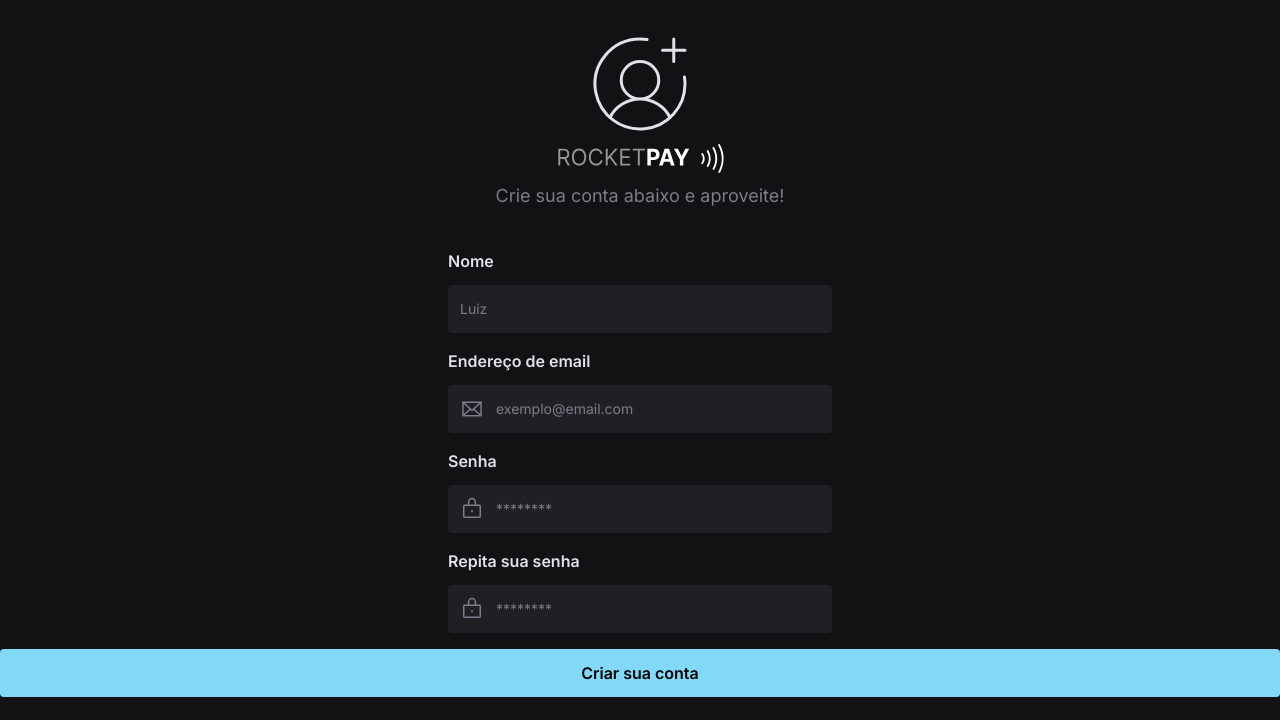
Repository: LuizAGDomingues/CreditCard-with-login
Page: /createLogin
The author's editor kept a copy of each file at every save. The page is drawn from the files as they stood at one save, then again after the next save.
The browser window is 1280 px wide. The pictures show the whole page.
The project was rebuilt for these pictures with package versions that can differ from the ones it lists, and the page was loaded fresh each time. Also part of the build but not shown: vite.config.ts, src/components/Checkbox.tsx, src/components/LogoSignIn.tsx, src/pages/SignIn.tsx.

Above is the page before, as saved 2022-10-25 16:14:56.

### index.html
<!DOCTYPE html>
<html lang="en">
  <head>
    <meta charset="UTF-8" />
    <link rel="preconnect" href="https://fonts.googleapis.com" />
    <link rel="preconnect" href="https://fonts.gstatic.com" crossorigin />
    <link rel="icon" type="image/svg+xml" href="/vite.svg" />
    <meta name="viewport" content="width=device-width, initial-scale=1.0" />
    <link href="https://fonts.googleapis.com/css2?family=Inter:wght@400;600;700&display=swap" rel="stylesheet" />

    <title>RocketPay</title>
  </head>
  <body>
    <div id="root"></div>
    <script type="module" src="/src/main.tsx"></script>
  </body>
</html>

### src/App.tsx
import { BrowserRouter } from 'react-router-dom';
import './styles/global.css';
import { Routes } from './services/Routes';

export function App() {

  return (
    <BrowserRouter>
      <Routes />
    </BrowserRouter>
  )
}

### src/services/Routes.tsx
import React from 'react'
import { Routes as Switch, Route } from 'react-router-dom'
import { CreateLogin } from '../pages/CreateLogin'
import { SignIn } from '../pages/SignIn'

export function Routes() {
  return (
    <Switch>
      <Route path="/" element={<SignIn/>} />
      <Route path="/createLogin" element={<CreateLogin/>} />
    </Switch>
  )
}

### src/pages/CreateLogin.tsx
import { FormEvent, useState } from 'react';
import { useNavigate } from "react-router-dom";
import * as Dialog from '@radix-ui/react-dialog';
import { Envelope, Lock } from 'phosphor-react';
import { Heading } from '../components/Heading';
import { LogoCreateLogin } from '../components/LogoCreateLogin';
import { Text } from '../components/Text';
import { TextInput } from '../components/TextInput';
import { Button } from '../components/Button';
import { validateForm } from '../services/validationFunctions';

export function CreateLogin() {
  const history = useNavigate();
  const [accountName, setAccountName] = useState('');
  const [email, setEmail] = useState('');
  const [password, setPassword] = useState('');
  const [confirmPassword, setConfirmPassword] = useState('');

  function handleCreateLogin(event: FormEvent){
    event.preventDefault();
    // history("/");
  }

  return (
    <div className='w-screen h-screen bg-gray-900 flex flex-col items-center justify-center text-gray-100'>
      <LogoCreateLogin />
      <header className='flex flex-col items-center'>
        <Heading />
        <Text size='lg' className='text-gray-400 mt-2'>Crie sua conta abaixo e aproveite!</Text>
      </header>
      <form onSubmit={handleCreateLogin} className='flex flex-col items-stretch w-full gap-4 max-w-sm mt-10'>
        <label htmlFor="text" className='flex flex-col gap-3'>
          <Text className='font-semibold'>Nome</Text>
          <TextInput.Root>
            <TextInput.Input type='text' id='name' placeholder='Luiz' onChange={(e) => setAccountName(e.target.value)}/>
          </TextInput.Root>
        </label>
        <label htmlFor="email" className='flex flex-col gap-3'>
          <Text className='font-semibold'>Endereço de email</Text>
          <TextInput.Root>
            <TextInput.Icon>
              <Envelope />
            </TextInput.Icon>
            <TextInput.Input type='email' id='email' placeholder='exemplo@email.com' onChange={(e) => setEmail(e.target.value)}/>
          </TextInput.Root>
        </label>
        <label htmlFor="password" className='flex flex-col gap-3'>
          <Text className='font-semibold'>Senha</Text>
          <TextInput.Root>
            <TextInput.Icon>
              <Lock />
            </TextInput.Icon>
            <TextInput.Input type='password' id='password' placeholder='********' onChange={(e) => setPassword(e.target.value)}/>
          </TextInput.Root>
        </label>
        <label htmlFor="password" className='flex flex-col gap-3'>
          <Text className='font-semibold'>Repita sua senha</Text>
          <TextInput.Root>
            <TextInput.Icon>
              <Lock />
            </TextInput.Icon>
            <TextInput.Input type='password' id='confirmPassword' placeholder='********' onChange={(e) => setConfirmPassword(e.target.value)}/>
          </TextInput.Root>
        </label>
      </form>
      <Dialog.Root>
        <Dialog.Trigger asChild className='mt-4'>
          <Button type='submit'>Criar sua conta</Button>
        </Dialog.Trigger>
        <Dialog.Portal>
          <Dialog.Overlay>
            <Dialog.Content className='bg-gray-800 w-[420px] h-[300px] rounded shadow absolute top-1/2 left-1/2 -translate-x-1/2 -translate-y-1/2'>
              <Dialog.Title>Conta criada com sucesso!</Dialog.Title>
              <Dialog.Description>Seja bem vindo {accountName}</Dialog.Description>
              <Dialog.Close>
                <button>OK!</button>
              </Dialog.Close>
            </Dialog.Content>
          </Dialog.Overlay>
        </Dialog.Portal>
      </Dialog.Root>
    </div>
  )
}

### src/components/Heading.tsx
import { SVGAttributes } from 'react';

interface HeadingProps extends React.SVGAttributes<HTMLOrSVGElement>{}

export function Heading(props: HeadingProps) {
  return (
    <svg
      width={170}
      height={30}
      viewBox="0 0 170 30"
      fill="none"
      xmlns="http://www.w3.org/2000/svg"
      {...props}
    >
      <path
        d="M3.282 21.429V4.805h5.479c1.267 0 2.306.222 3.12.666.812.438 1.414 1.041 1.804 1.81.391.768.586 1.642.586 2.622 0 .979-.195 1.848-.586 2.605-.39.758-.99 1.353-1.797 1.786-.807.427-1.84.641-3.095.641H4.359v-1.818h4.37c.866 0 1.563-.13 2.09-.39.533-.26.919-.627 1.156-1.104.243-.481.364-1.055.364-1.72 0-.666-.12-1.248-.364-1.746-.242-.497-.63-.882-1.164-1.152-.533-.276-1.237-.414-2.113-.414H5.246v14.838H3.282zm7.632-7.468l3.99 7.468h-2.28L8.698 13.96h2.216zm20.31-.844c0 1.753-.309 3.268-.926 4.545-.618 1.277-1.465 2.262-2.542 2.955-1.076.692-2.306 1.039-3.689 1.039s-2.613-.347-3.69-1.04c-1.076-.692-1.923-1.677-2.54-2.954-.619-1.277-.927-2.792-.927-4.545 0-1.753.308-3.269.926-4.546.618-1.277 1.465-2.262 2.541-2.954 1.077-.693 2.307-1.04 3.69-1.04s2.613.347 3.69 1.04c1.076.692 1.923 1.677 2.54 2.954.618 1.277.927 2.793.927 4.546zm-1.9 0c0-1.44-.235-2.654-.705-3.645-.464-.99-1.095-1.74-1.892-2.248-.791-.509-1.678-.763-2.66-.763-.982 0-1.871.254-2.668.763-.792.509-1.423 1.258-1.893 2.248-.464.99-.696 2.205-.696 3.645s.232 2.654.697 3.644c.47.99 1.1 1.74 1.892 2.249a4.857 4.857 0 002.668.763c.982 0 1.869-.255 2.66-.763.797-.509 1.428-1.258 1.892-2.249.47-.99.705-2.205.705-3.644zM47.574 10H45.61A4.245 4.245 0 0045 8.474a4.115 4.115 0 00-1.045-1.104 4.393 4.393 0 00-1.354-.682 5.283 5.283 0 00-1.551-.227c-.982 0-1.871.254-2.669.763-.791.509-1.422 1.258-1.892 2.248-.464.99-.697 2.205-.697 3.645s.233 2.654.697 3.644c.47.99 1.1 1.74 1.892 2.249a4.857 4.857 0 002.669.763c.538 0 1.055-.076 1.551-.228a4.496 4.496 0 001.354-.673A4.23 4.23 0 0045 17.76c.29-.444.494-.953.61-1.526h1.963a6.816 6.816 0 01-.807 2.28 6.193 6.193 0 01-1.457 1.713c-.58.466-1.232.82-1.956 1.064a7.128 7.128 0 01-2.303.365c-1.383 0-2.613-.347-3.69-1.04-1.077-.692-1.924-1.677-2.541-2.954-.618-1.277-.927-2.792-.927-4.545 0-1.753.31-3.269.927-4.546.617-1.277 1.464-2.262 2.541-2.954 1.077-.693 2.307-1.04 3.69-1.04.818 0 1.586.123 2.303.366a6.24 6.24 0 011.956 1.072 6.079 6.079 0 011.457 1.704c.39.666.66 1.426.807 2.281zm3.172 11.429V4.805h1.964v8.247h.19l7.284-8.247h2.565l-6.809 7.5 6.809 9.124h-2.375L54.736 13.7 52.71 16.04v5.39h-1.964zm14.544 0V4.805h9.786v1.786h-7.822v5.617h7.315v1.785h-7.315v5.65h7.949v1.786H65.29zM77.728 6.59V4.805H89.89v1.786h-5.098v14.838h-1.964V6.59h-5.099z"
        fill="#959595"
      />
      <path
        d="M92.365 21.429V4.805h6.398c1.23 0 2.277.241 3.143.723a4.834 4.834 0 011.979 1.988c.459.844.689 1.818.689 2.922s-.232 2.078-.697 2.922a4.853 4.853 0 01-2.019 1.973c-.876.47-1.937.706-3.183.706h-4.077v-2.817h3.523c.66 0 1.204-.116 1.631-.349.433-.238.755-.565.966-.982.217-.422.325-.906.325-1.453 0-.552-.108-1.033-.325-1.445a2.193 2.193 0 00-.966-.965c-.432-.233-.981-.35-1.646-.35h-2.312v13.75h-3.428zm15.358 0h-3.674l5.598-16.624h4.418l5.589 16.624h-3.673l-4.062-12.825h-.127l-4.069 12.825zm-.23-6.535h8.678v2.744h-8.678v-2.744zm11.508-10.089h3.84l3.697 7.16h.159l3.697-7.16h3.84l-5.914 10.747v5.877h-3.405v-5.877l-5.914-10.747z"
        fill="#fff"
      />
      <path
        fillRule="evenodd"
        clipRule="evenodd"
        d="M147.913 19.802l-.005.007-.004.006c-.248.36-.804.466-1.239.151-.348-.251-.452-.813-.156-1.256a6.357 6.357 0 00.974-1.913c.219-.687.321-1.468.318-2.234-.004-.765-.114-1.545-.341-2.23a6.334 6.334 0 00-.994-1.902c-.301-.44-.202-1.002.144-1.258.43-.32.988-.22 1.238.138l.006.006.004.007c.558.753 1.015 1.59 1.288 2.412.288.966.471 1.901.476 2.818.005.964-.085 1.876-.43 2.775-.376.978-.74 1.728-1.279 2.473zm4.031 1.79l.01-.016.011-.016a13.454 13.454 0 001.934-7.03 13.44 13.44 0 00-2.007-7.006c-.271-.443-.15-.966.31-1.306.308-.228.886-.147 1.229.324a15.501 15.501 0 012.289 7.978 15.252 15.252 0 01-2.206 8.003c-.323.456-.818.583-1.243.325-.462-.347-.546-.938-.327-1.256zm7.232-18.082l.012.025.014.024c1.922 3.211 2.989 6.916 3.01 10.926.021 4.008-1.007 7.722-2.893 10.954-.29.477-.777.611-1.273.375-.45-.301-.572-.8-.336-1.304 1.605-2.92 2.601-6.363 2.583-10.015-.019-3.635-.946-7.072-2.69-9.993-.236-.499-.119-.996.326-1.3.538-.263 1.06-.07 1.247.308zm5.689-3.056l.009.017.009.016c2.329 4.126 3.697 8.844 3.724 13.963.026 5.113-1.291 9.841-3.572 13.99-.29.471-.775.603-1.268.368-.448-.3-.571-.797-.338-1.299 2.197-3.845 3.381-8.3 3.356-13.05-.025-4.76-1.358-9.198-3.489-13.006-.267-.555-.079-1.1.294-1.293.546-.284 1.086-.092 1.275.294z"
        fill="#fff"
      />
    </svg>
  )
}

### src/components/LogoCreateLogin.tsx
import { SVGAttributes } from 'react';

interface LogoSignInProps extends React.SVGAttributes<HTMLOrSVGElement>{}

export function LogoCreateLogin(props: LogoSignInProps) {
  return (
    <svg
      width={120}
      height={120}
      viewBox="0 0 120 120"
      fill="none"
      xmlns="http://www.w3.org/2000/svg"
      {...props}
    >
      <path
        d="M60 75c10.355 0 18.75-8.395 18.75-18.75S70.355 37.5 60 37.5s-18.75 8.395-18.75 18.75S49.645 75 60 75zM29.907 93.469a33.75 33.75 0 0160.187 0M82.5 26.25H105M93.75 15v22.5"
        stroke="#E1E1E6"
        strokeWidth={3}
        strokeLinecap="round"
        strokeLinejoin="round"
      />
      <path
        d="M104.438 52.922A43.7 43.7 0 01105 60a44.999 44.999 0 01-89.135 8.779A45 45 0 0160 15c2.37-.005 4.738.183 7.078.563"
        stroke="#E1E1E6"
        strokeWidth={3}
        strokeLinecap="round"
        strokeLinejoin="round"
      />
    </svg>
  )
}

### src/components/Text.tsx
import { ReactNode } from 'react';
import { Slot } from '@radix-ui/react-slot';
import { clsx } from 'clsx';

export interface TextProps {
  size?: 'sm' | 'md' | 'lg';
  children: ReactNode;
  asChild?: boolean;
  className?: string;
}

export function Text({ size = 'md', children, asChild, className }: TextProps) {
  const Comp = asChild ? Slot : 'span';
  return (
    <Comp className={clsx('text-gray-100 font-sans', {
      'text-xs': size === 'sm',
      'text-sm': size === 'md',
      'text-md': size === 'lg',
    }, className)}>
      {children}
    </Comp>
  )
}

### src/components/TextInput.tsx
import { InputHTMLAttributes, ReactNode } from 'react';
import { Slot } from '@radix-ui/react-slot';


export interface TextInputRootProps {
  children: ReactNode;
}

function TextInputRoot(props: TextInputRootProps) {
  return (
    <div className='flex items-center gap-3 h-12 py-4 px-3 rounded bg-gray-800 w-full  focus-within:ring-2 ring-cyan-300'>
      {props.children}
    </div>
  )
}
TextInputRoot.displayName = 'TextInput.Root'

export interface TextInputIconProps {
  children: ReactNode;
}

function TextInputIcon(props: TextInputIconProps) {
  return(
    <Slot className='w-6 h-6 text-gray-400'>
      {props.children}
    </Slot>
  )
}
TextInputIcon.displayName = 'TextInput.Icon'

export interface TextInputInputProps extends InputHTMLAttributes<HTMLInputElement> {}

function TextInputInput(props: TextInputInputProps) {
  return (
    <input className='bg-transparent flex-1 text-gray-100 text-xs outline-none placeholder:text-gray-400'
      {...props}
    />
  )
}
TextInputInput.displayName = 'TextInput.Input'

export const TextInput = {
  Root: TextInputRoot,
  Icon: TextInputIcon,
  Input: TextInputInput,
}

### src/components/Button.tsx
import { ButtonHTMLAttributes, ReactNode } from 'react';
import { Slot } from '@radix-ui/react-slot';
import { clsx } from 'clsx';

export interface ButtonProps extends ButtonHTMLAttributes<HTMLButtonElement> {
  children: ReactNode;
  asChild?: boolean;
}

export function Button({ children, asChild, className, ...props }: ButtonProps) {
  const Comp = asChild ? Slot : 'button';
  return (
    <Comp className={clsx('py-3 px-4 bg-cyan-500 rounded font-semibold text-black text-sm w-full transition-colors hover:bg-cyan-300 focus:ring-2 ring-white', className
    )} {...props}>
      {children}
    </Comp>
  )
}

### tailwind.config.cjs
/** @type {import('tailwindcss').Config} */
module.exports = {
  content: [
    './src/**/*.tsx',
  ],
  theme: {
    fontSize: {
      xs: 14,
      sm: 16,
      md: 18,
      lg: 20,
      xl: 24,
      '2xl': 32,
    },
    colors: {
      black: '#000',
      white: 'FFF',
      transparent: 'transparent',
      gray: {
        100: '#e1e1e6',
        200: '#c4c4cc',
        400: '#7c7c8a',
        800: '#202024',
        900: '#121214',

      },
      cyan: {
        300: '#9be1fb',
        500: '#81d8f7',
      },
    },
    extend: {
      fontFamily: {
        sans: 'Inter, sans-serif',
      },
    },
  },
  plugins: [],
}

Loaded but not shown: src/main.tsx (common file); src/styles/global.css (common file)

After the next save:
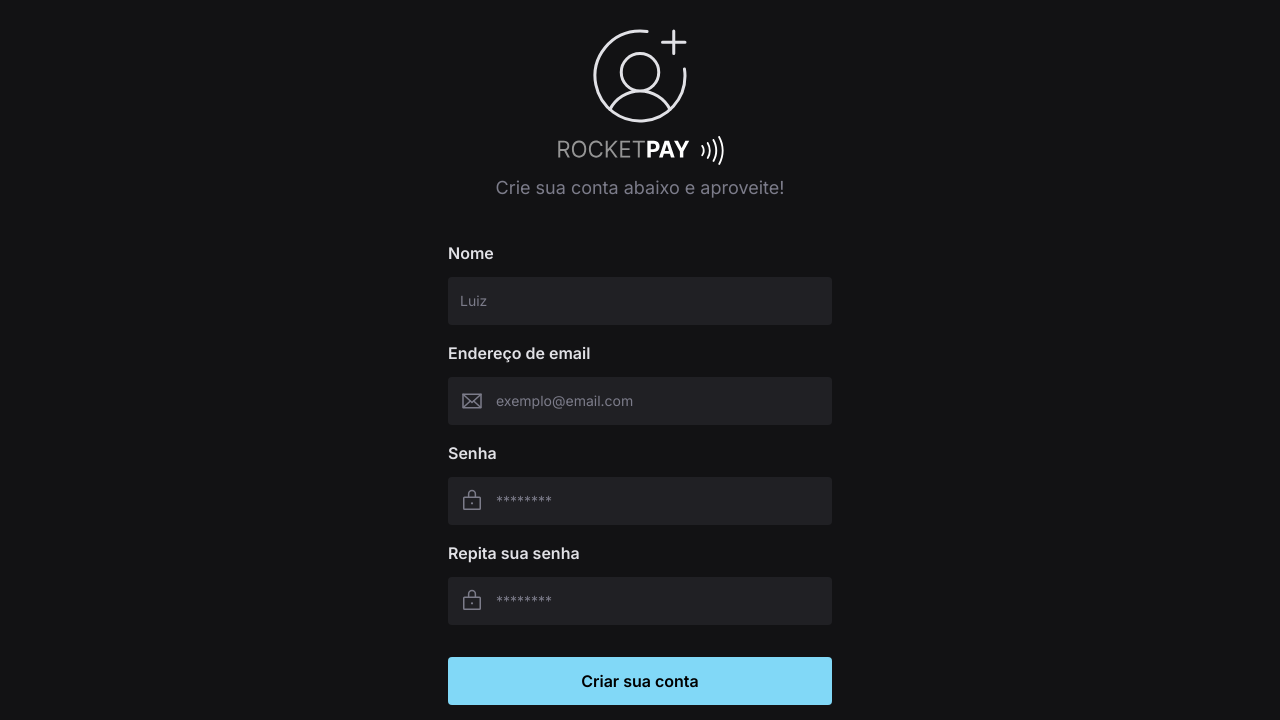
Saved 12 s later.
--- a/src/pages/CreateLogin.tsx
+++ b/src/pages/CreateLogin.tsx
@@ -62,23 +62,23 @@
             <TextInput.Input type='password' id='confirmPassword' placeholder='********' onChange={(e) => setConfirmPassword(e.target.value)}/>
           </TextInput.Root>
         </label>
+        <Dialog.Root>
+          <Dialog.Trigger asChild className='mt-4'>
+            <Button type='submit'>Criar sua conta</Button>
+          </Dialog.Trigger>
+          <Dialog.Portal>
+            <Dialog.Overlay>
+              <Dialog.Content className='bg-gray-800 w-[420px] h-[300px] rounded shadow absolute top-1/2 left-1/2 -translate-x-1/2 -translate-y-1/2'>
+                <Dialog.Title>Conta criada com sucesso!</Dialog.Title>
+                <Dialog.Description>Seja bem vindo {accountName}</Dialog.Description>
+                <Dialog.Close>
+                  <button>OK!</button>
+                </Dialog.Close>
+              </Dialog.Content>
+            </Dialog.Overlay>
+          </Dialog.Portal>
+        </Dialog.Root>
       </form>
-      <Dialog.Root>
-        <Dialog.Trigger asChild className='mt-4'>
-          <Button type='submit'>Criar sua conta</Button>
-        </Dialog.Trigger>
-        <Dialog.Portal>
-          <Dialog.Overlay>
-            <Dialog.Content className='bg-gray-800 w-[420px] h-[300px] rounded shadow absolute top-1/2 left-1/2 -translate-x-1/2 -translate-y-1/2'>
-              <Dialog.Title>Conta criada com sucesso!</Dialog.Title>
-              <Dialog.Description>Seja bem vindo {accountName}</Dialog.Description>
-              <Dialog.Close>
-                <button>OK!</button>
-              </Dialog.Close>
-            </Dialog.Content>
-          </Dialog.Overlay>
-        </Dialog.Portal>
-      </Dialog.Root>
     </div>
   )
 }
